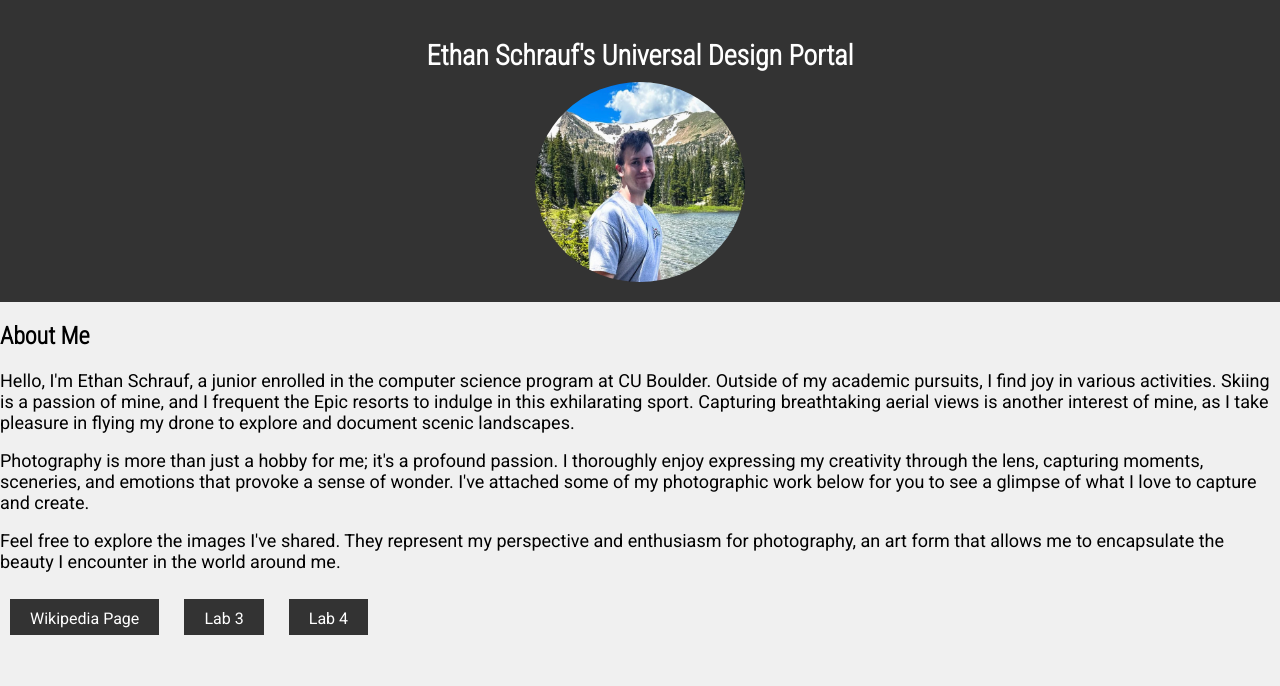
Repository: ethan-schrauf/UniversalDesignWebsite
Page: index.html
These files come from the project's save history. The page is drawn as it stood at one moment and after the next save; the edit follows.
The browser window is 1280 px wide. The pictures show the whole page.

Above is the page before, as saved 2023-10-30 22:22:14.

After the next save:
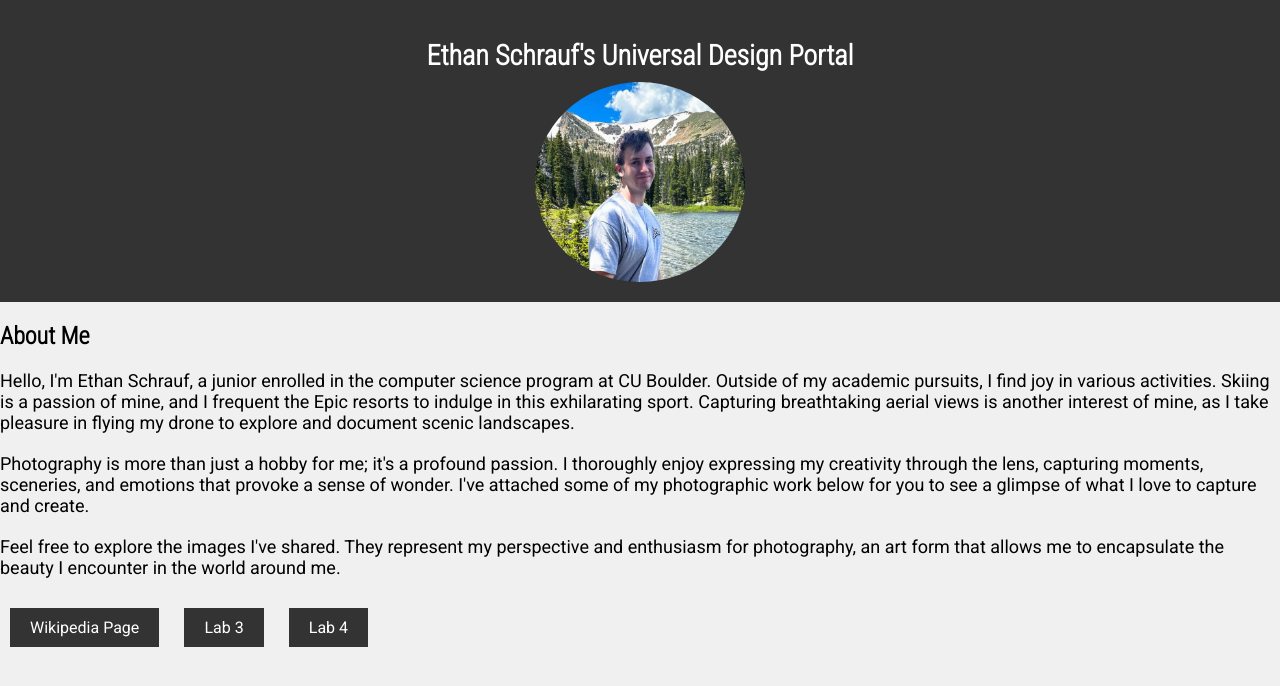
Saved 4 s later.
--- a/index.css
+++ b/index.css
@@ -66,7 +66,7 @@ button {
 p,
 button {
     font-family: 'Roboto', sans-serif;
-    padding-bottom: 7px;
+    padding-bottom: 10px;
 }
 
 h2,
